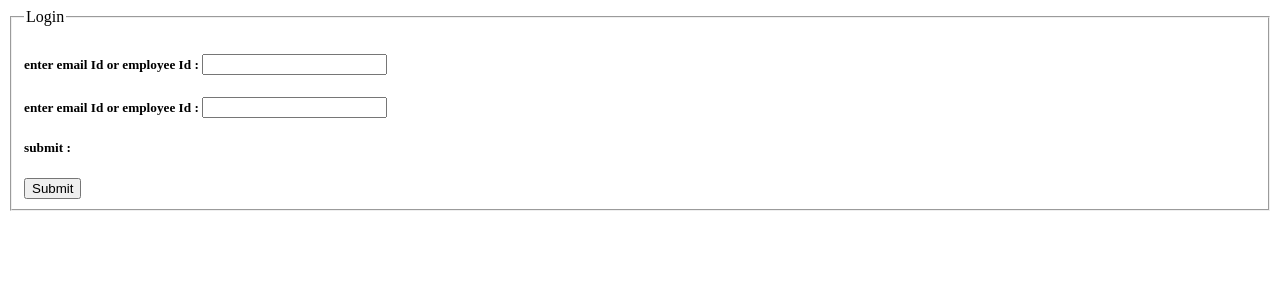
Repository: Tapaskrr/all-project
Page: http://localhost/check_check/WEB-INF/views/login.jsp
An editor plug-in stored every save of this project. The page is shown before and after the next save, followed by the edit.
The browser window is 1280 px wide. The pictures show the whole page.
The page is served by Tomcat 9. Nobody is signed in. Other server files are loaded and not shown. The template is opened directly, without the code that normally fills it, so the values that code supplies are empty.

Above is the page before, as saved 2022-10-23 16:58:39.

### Eclipse New Workspace/check_check/src/main/webapp/WEB-INF/views/login.jsp
<%@ page language="java" contentType="text/html; charset=ISO-8859-1"
    pageEncoding="ISO-8859-1"%>
<!DOCTYPE html>
<html>
<head>
<meta charset="ISO-8859-1">
<title>Insert title here</title>
</head>
<body>
<fieldset>
<legend>Login</legend>

<form action="./loginPage">

<h5>enter email Id or employee Id : <input type="text" name="userEmailIdOrEmpId"></h5>


<h5>enter email Id or employee Id : <input type="text" name="userPwdId"></h5>


<h5>submit : </h5>
<input type="submit" name="userSubmit">



</form>



</fieldset>
</body>
</html>

After the next save:
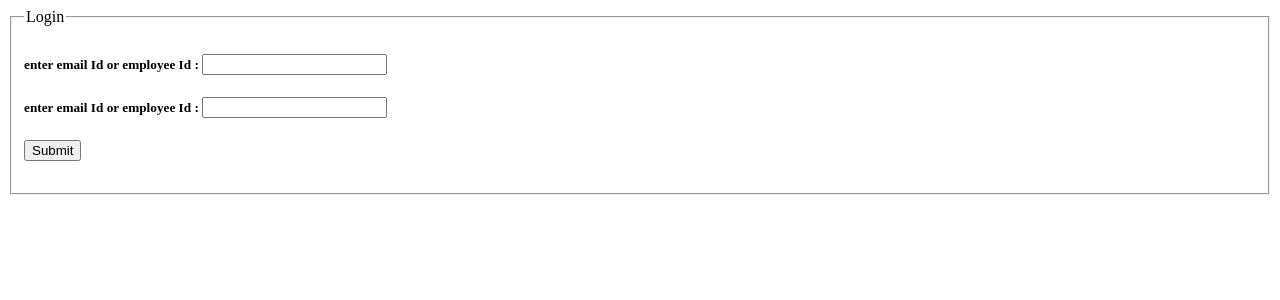
Saved 52 s later.
--- a/Eclipse New Workspace/check_check/src/main/webapp/WEB-INF/views/login.jsp
+++ b/Eclipse New Workspace/check_check/src/main/webapp/WEB-INF/views/login.jsp
@@ -18,8 +18,8 @@
 <h5>enter email Id or employee Id : <input type="text" name="userPwdId"></h5>
 
 
-<h5>submit : </h5>
-<input type="submit" name="userSubmit">
+<h5><input type="submit" name="userSubmit"></h5>
+
 
 
 
